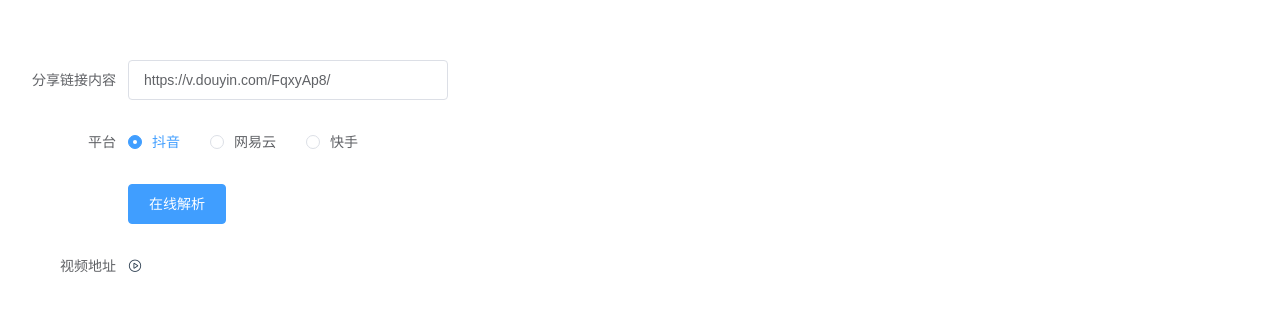
Repository: lyln/freepd
Page: / (app in frontend/freepd/)
The author's editor kept a copy of each file at every save. The page is drawn from the files as they stood at one save, then again after the next save.
The browser window is 1280 px wide. The pictures show the whole page.
The project was rebuilt for these pictures with package versions that can differ from the ones it lists, and the page was loaded fresh each time.

Above is the page before, as saved 2022-05-26 09:13:25.

### frontend/freepd/index.html
<!DOCTYPE html>
<html>
  <head>
    <meta charset="utf-8">
    <meta name="viewport" content="width=device-width,initial-scale=1.0">
    <title>freepd</title>
  </head>
  <body>
    <div id="app"></div>
    <!-- built files will be auto injected -->
  </body>
</html>

### frontend/freepd/src/main.js
// The Vue build version to load with the `import` command
// (runtime-only or standalone) has been set in webpack.base.conf with an alias.
import Vue from 'vue'
import App from './App'
import router from './router'
import ElementUI from 'element-ui';
import 'element-ui/lib/theme-chalk/index.css';
import Meta from "vue-meta";

Vue.config.productionTip = false
Vue.use(ElementUI)
Vue.use(Meta);

/* eslint-disable no-new */
new Vue({
  el: '#app',
  router,
  components: { App },
  template: '<App/>'
})

### frontend/freepd/src/App.vue
<template>
	<div id="app">
		<router-view />
	</div>
</template>

<script>
export default {
	name: 'App',
}
</script>

<style>
#app {
	font-family: 'Avenir', Helvetica, Arial, sans-serif;
	-webkit-font-smoothing: antialiased;
	-moz-osx-font-smoothing: grayscale;
	text-align: center;
	color: #2c3e50;
	margin-top: 60px;
}
</style>

### frontend/freepd/src/components/HelloWorld.vue
<template>
	<el-row type="flex">
		<el-col :span="18">
			<div class="grid-content bg-purple">
				<el-form ref="form" :model="form" label-width="120px" class="fpd-form">
					<el-form-item label="分享链接内容">
						<el-input v-model="form.url"></el-input>
					</el-form-item>
					<el-form-item label="平台" label-width="120px">
						<el-radio-group v-model="form.type">
							<el-radio :label="1">抖音</el-radio>
							<el-radio :label="2">网易云</el-radio>
							<el-radio :label="3">快手</el-radio>
						</el-radio-group>
					</el-form-item>
					<el-form-item>
						<el-button type="primary" @click="onSubmit">在线解析</el-button>
					</el-form-item>
					<el-form-item label="视频地址">
						<i class="el-icon-video-play"></i>
						<el-link :href="data.video.play" target="_blank">{{ data.title }}</el-link>
						<!-- {{data.video.play }} -->
					</el-form-item>
				</el-form>
			</div>
		</el-col>
	</el-row>

</template>
<script>
import axios from 'axios'
export default {
	name: 'HelloWorld',
	data() {
		return {
			msg: 'free parse download',
			form: {
				url: 'https://v.douyin.com/FqxyAp8/',
				type: 1,
			},
			data: {
				video: { play: '' },
				title: '',
			},
		}
	},
	metaInfo: {
		meta: [{ name: 'referrer', content: 'no-referrer' }],
	},
	methods: {
		onSubmit() {
			console.log('submit!')
			axios
				.post('http://127.0.0.1:8000/douyin', { url: this.form.url })
				.then((res) => {
					console.log(res.data)
					this.data = res.data
				})
				.catch((err) => {
					console.log('请求失败', err)
				})
		},
	},
}
</script>

<!-- Add "scoped" attribute to limit CSS to this component only -->
<style scoped>
h1,
h2 {
	font-weight: normal;
}
ul {
	list-style-type: none;
	padding: 0;
}
li {
	display: inline-block;
	margin: 0 10px;
}
a {
	color: #42b983;
}
.el-input {
	width: 320px;
}

.fpd-form {
	text-align: left;
}

.text {
	font-size: 14px;
}

.item {
	padding: 18px 0;
}

.box-card {
	width: 480px;
}

.wrapper {
	margin-left: auto;
	margin-right: auto;
	width: 90%;
}
.modunit {
	background-color: #fff;
	margin-top: 1rem;
	margin-bottom: 1rem;
	padding: 0;
	border: 1px solid #dedede;
	-moz-border-radius: 2px;
	-webkit-border-radius: 2px;
	border-radius: 2px;
}
.mod-content {
	margin: 0;
	padding: 1.5rem;
}
</style>

Loaded but not shown: frontend/freepd/src/router/index.js (common file)

After the next save:
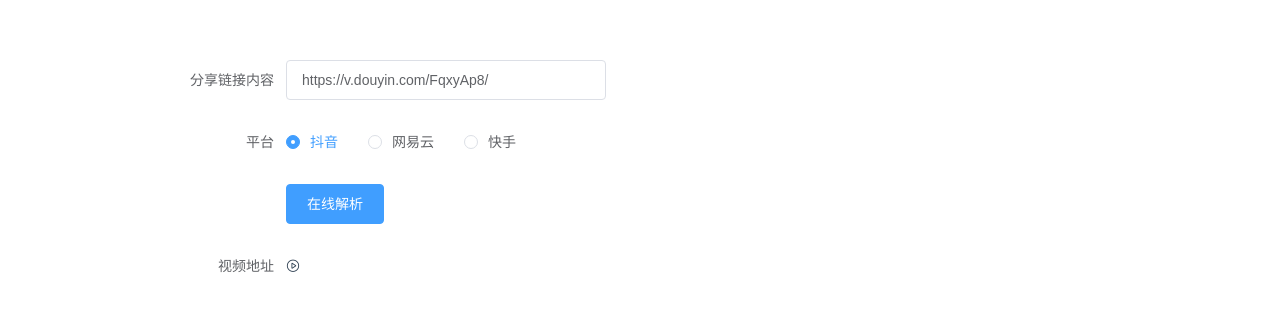
Saved 67 s later.
--- a/frontend/freepd/src/components/HelloWorld.vue
+++ b/frontend/freepd/src/components/HelloWorld.vue
@@ -1,5 +1,5 @@
 <template>
-	<el-row type="flex">
+	<el-row type="flex" justify="center">
 		<el-col :span="18">
 			<div class="grid-content bg-purple">
 				<el-form ref="form" :model="form" label-width="120px" class="fpd-form">
@@ -101,7 +101,7 @@ a {
 	width: 480px;
 }
 
-.wrapper {
+/* .wrapper {
 	margin-left: auto;
 	margin-right: auto;
 	width: 90%;
@@ -119,5 +119,5 @@ a {
 .mod-content {
 	margin: 0;
 	padding: 1.5rem;
-}
+} */
 </style>
